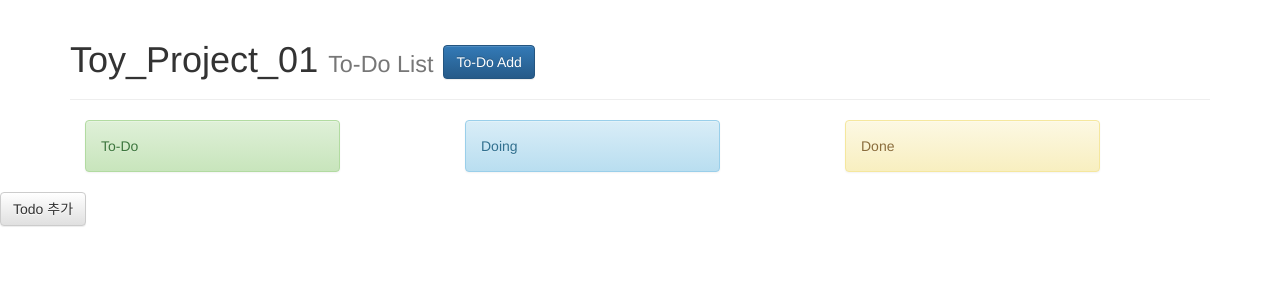
Repository: qudgns200/Toy_01_ToDoList
Page: http://localhost/ToDoList/jsp/mainForm.jsp
An editor plug-in stored every save of this project. The page is shown before and after the next save, followed by the edit.
The browser window is 1280 px wide. The pictures show the whole page.
The page is served by Tomcat 9. Nobody is signed in. The application's start-up code is not run.

Above is the page before, as saved 2019-11-07 08:08:34.

After the next save:
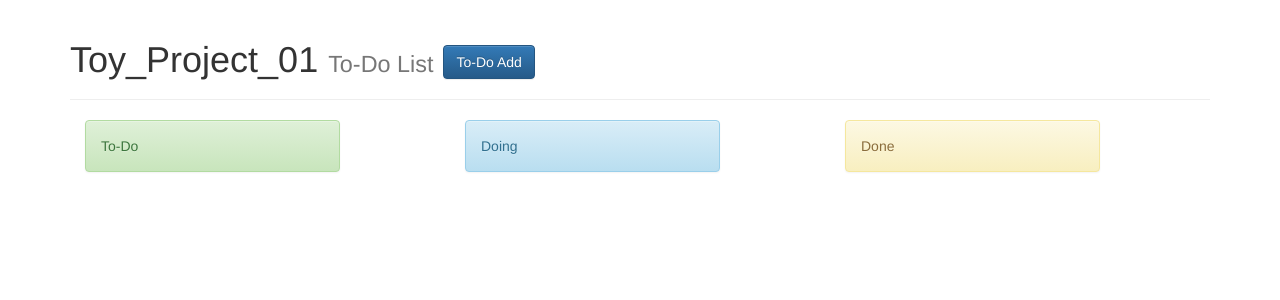
Saved 12 s later.
--- a/ToDoList/WebContent/jsp/mainForm.jsp
+++ b/ToDoList/WebContent/jsp/mainForm.jsp
@@ -108,59 +108,5 @@
 
 	</div>
 
-
-
-
-
-
-
-
-
-
-
-	<header>
-		<a href="writeForm.do" class="btn btn-default" id="btnAdd">Todo 추가</a>
-	</header>
-
-	<section>
-		<div id="todo">
-			<ul>
-				<c:forEach var="arr1" items="${arr1 }">
-					<li><a href="#">
-							<h2>${arr1.title }</h2>
-							<p>${arr1.content }</p>
-							<button class="button"
-								onclick="move(${arr1.type }, ${arr1.seq })"></button>
-					</a></li>
-				</c:forEach>
-			</ul>
-		</div>
-
-		<div id="doing">
-			<ul>
-				<c:forEach var="arr2" items="${arr2 }">
-					<li><a href="#">
-							<h2>${arr2.title }</h2>
-							<p>${arr2.content }</p>
-							<button class="button"
-								onclick="move(${arr2.type }, ${arr2.seq })"></button>
-					</a></li>
-				</c:forEach>
-			</ul>
-		</div>
-
-		<div id="done">
-			<ul>
-				<c:forEach var="arr3" items="${arr3 }">
-					<li><a href="#">
-							<h2>${arr3.title }</h2>
-							<p>${arr3.content }</p>
-							<button class="button"
-								onclick="move(${arr3.type }, ${arr3.seq })"></button>
-					</a></li>
-				</c:forEach>
-			</ul>
-		</div>
-	</section>
 </body>
 </html>
